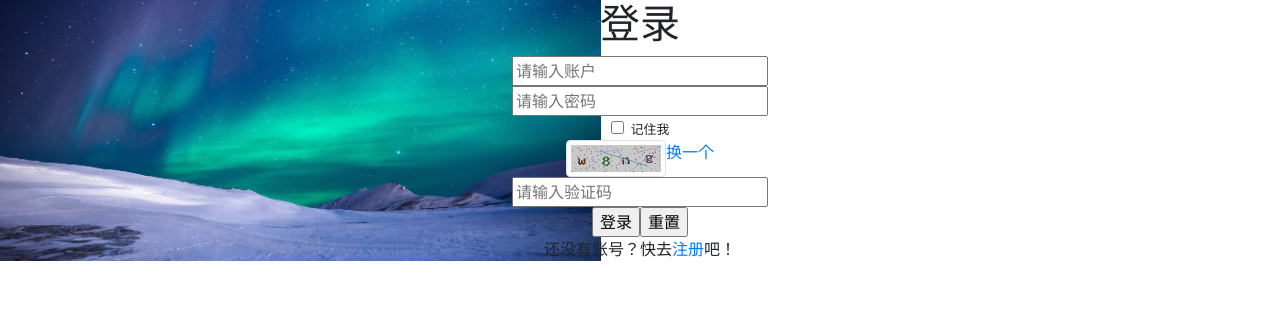
Repository: DHUAVH/Blog
Page: http://localhost/login.php
The author's editor kept a copy of each file at every save. The page is drawn from the files as they stood at one save, then again after the next save.
The browser window is 1280 px wide. The pictures show the whole page.
Some web libraries are served in a nearby version. The page is run by PHP 8.4 with error messages shown; the project is at /var/www/html/.

Above is the page before, as saved 2020-11-29 17:43:39.

After the next save:
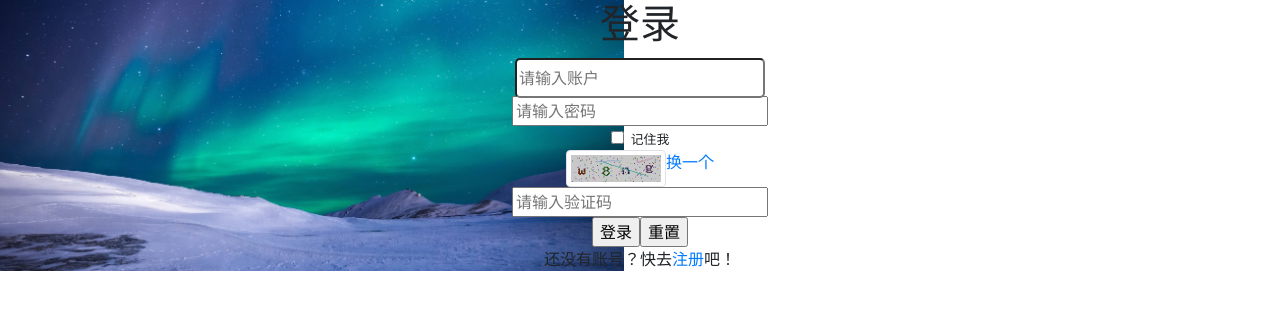
Saved 46 s later.
--- a/login.php
+++ b/login.php
@@ -19,7 +19,7 @@
             <div class="col-sm-4 offset-sm-4">    <!--使用网格系统和偏移量设置居中-->
                 <form role="form" action="loginAction.php" method="POST">
                     <div class="text-center">
-                        <input class="iradius" id="ID" type="text" name="username"
+                        <input class="login_iradius" id="ID" type="text" name="username"
                             value="<?php echo isset($_COOKIE['username']) ? $_COOKIE['username'] : "";?>"  placeholder="请输入账户" required>
                     </div>
 
